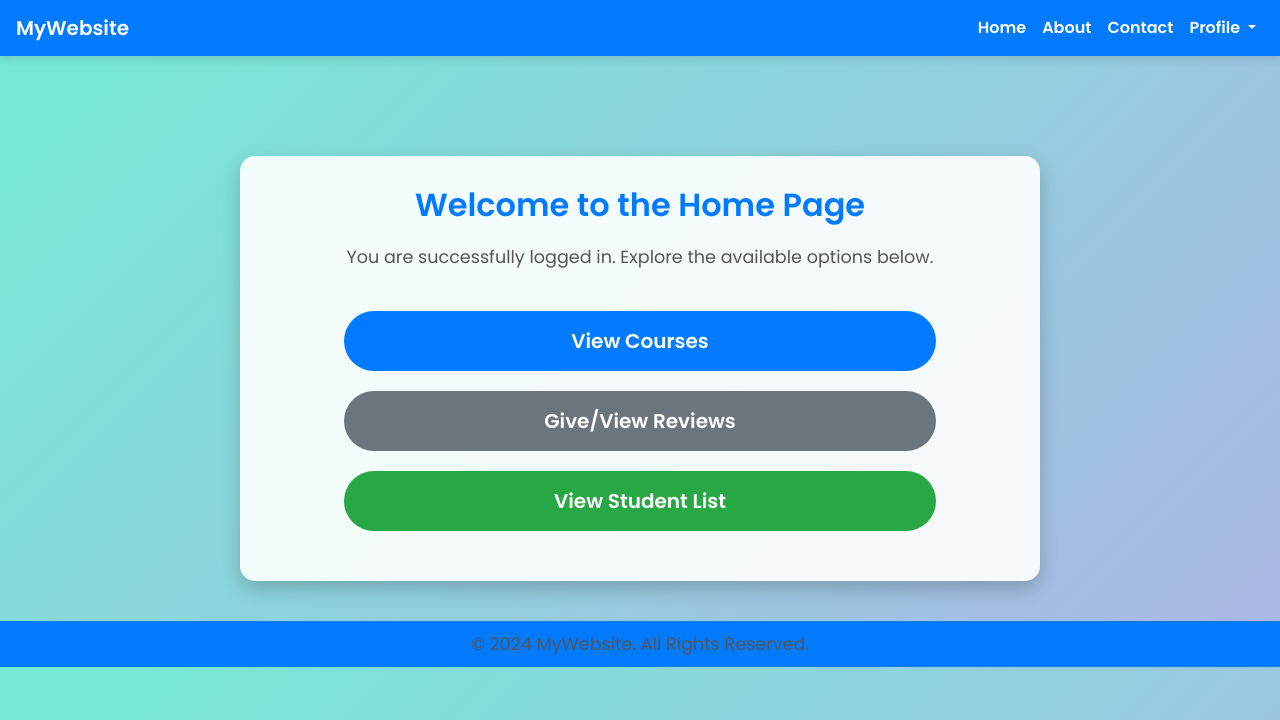
Repository: Jagadeesh5242/ERP
Page: http://localhost/home
An editor plug-in stored every save of this project. The page is shown before and after the next save, followed by the edit.
The browser window is 1280 px wide. The pictures show the whole page.
Some web libraries are served in a nearby version. The page is this project's Thymeleaf template; nobody is signed in. The template is opened directly, without the code that normally fills it, so the values that code supplies are empty.

Above is the page before, as saved 2024-09-25 05:42:01.

### Student-Database-Management-System-using-JAVA-Spring-Boot-master/src/main/resources/templates/home.html
<!DOCTYPE html>
<html lang="en" xmlns:th="http://www.thymeleaf.org">

<head>
    <meta charset="UTF-8">
    <meta name="viewport" content="width=device-width, initial-scale=1.0">
    <title>Home</title>
    <link rel="stylesheet" href="https://stackpath.bootstrapcdn.com/bootstrap/4.2.1/css/bootstrap.min.css"
        integrity="sha384-GJzZqFGwb1QTTN6wy59ffF1BuGJpLSa9DkKMp0DgiMDm4iYMj70gZWKYbI706tWS" crossorigin="anonymous">

    <!-- Google Fonts -->
    <link href="https://fonts.googleapis.com/css2?family=Poppins:wght@400;600&display=swap" rel="stylesheet">

    <style>
        body {
            background: linear-gradient(135deg, #74ebd5, #ACB6E5);
            font-family: 'Poppins', sans-serif;
            color: #333;
        }

        .navbar {
            background-color: #007bff;
            box-shadow: 0 4px 8px rgba(0, 0, 0, 0.1);
        }

        .navbar-brand,
        .nav-link {
            color: #fff !important;
            font-weight: 600;
        }

        .navbar-brand:hover,
        .nav-link:hover {
            color: #f1f1f1 !important;
        }

        .container {
            margin-top: 100px;
            max-width: 800px;
            background-color: rgba(255, 255, 255, 0.9);
            border-radius: 15px;
            padding: 30px;
            box-shadow: 0 8px 20px rgba(0, 0, 0, 0.2);
            text-align: center;
            transition: transform 0.3s;
        }

        .container:hover {
            transform: scale(1.02);
        }

        h2 {
            color: #007bff;
            margin-bottom: 20px;
            font-weight: 600;
        }

        p {
            margin-bottom: 40px;
            font-size: 1.1rem;
            color: #555;
        }

        .btn-custom {
            display: block;
            width: 80%;
            margin: 20px auto;
            padding: 15px;
            font-size: 20px;
            border-radius: 50px;
            font-weight: 600;
            transition: background 0.3s ease, transform 0.3s ease;
        }

        .btn-custom:hover {
            transform: translateY(-2px);
        }

        .btn-primary {
            background-color: #007bff;
            border: none;
        }

        .btn-secondary {
            background-color: #6c757d;
            border: none;
        }

        .btn-success {
            background-color: #28a745;
            border: none;
        }

        .footer {
            margin-top: 40px;
            background-color: #007bff;
            color: #fff;
            padding: 10px 0;
        }

        .footer p {
            margin: 0;
        }

        .dropdown-menu {
            background-color: #f8f9fa;
            border-radius: 5px;
            box-shadow: 0 4px 8px rgba(0, 0, 0, 0.1);
        }

        .dropdown-item {
            color: #007bff;
            font-weight: 500;
        }

        .dropdown-item:hover {
            background-color: #e9ecef;
            color: #0056b3;
        }
    </style>
</head>

<body>

    <!-- Navbar -->
    <nav class="navbar navbar-expand-lg navbar-dark">
        <a class="navbar-brand" href="#">MyWebsite</a>
        <button class="navbar-toggler" type="button" data-toggle="collapse" data-target="#navbarNav"
            aria-controls="navbarNav" aria-expanded="false" aria-label="Toggle navigation">
            <span class="navbar-toggler-icon"></span>
        </button>
        <div class="collapse navbar-collapse justify-content-end" id="navbarNav">
            <ul class="navbar-nav">
                <li class="nav-item active">
                    <a class="nav-link" href="#">Home</a>
                </li>
                <li class="nav-item">
                    <a class="nav-link" href="#">About</a>
                </li>
                <li class="nav-item">
                    <a class="nav-link" href="#">Contact</a>
                </li>

                <!-- Profile Dropdown -->
                <li class="nav-item dropdown">
                    <a class="nav-link dropdown-toggle" href="#" id="profileDropdown" role="button"
                        data-toggle="dropdown" aria-haspopup="true" aria-expanded="false">
                        Profile
                    </a>
                    <div class="dropdown-menu dropdown-menu-right" aria-labelledby="profileDropdown">
                        <a class="dropdown-item" th:href="@{/profile}">View Profile</a>
                        <div class="dropdown-divider"></div>
                        <a class="dropdown-item" th:href="@{/}">Logout</a>
                    </div>
                </li>
            </ul>
        </div>
    </nav>

    <!-- Main Content -->
    <div class="container">
        <h2>Welcome to the Home Page</h2>
        <p>You are successfully logged in. Explore the available options below.</p>

        <a th:href="@{/courses}" class="btn btn-primary btn-custom">View Courses</a>
        <a th:href="@{/reviews}" class="btn btn-secondary btn-custom">Give/View Reviews</a>
        <a th:href="@{/students}" class="btn btn-success btn-custom">View Student List</a>
    </div>

    <!-- Footer -->
    <footer class="footer text-center">
        <p>&copy; 2024 MyWebsite. All Rights Reserved.</p>
    </footer>

    <!-- Optional JavaScript -->
    <!-- jQuery first, then Popper.js, then Bootstrap JS -->
    <script src="https://code.jquery.com/jquery-3.3.1.min.js"></script>
    <script src="https://cdnjs.cloudflare.com/ajax/libs/popper.js/1.14.6/umd/popper.min.js"></script>
    <script src="https://stackpath.bootstrapcdn.com/bootstrap/4.2.1/js/bootstrap.min.js"></script>
</body>

</html>

After the next save:
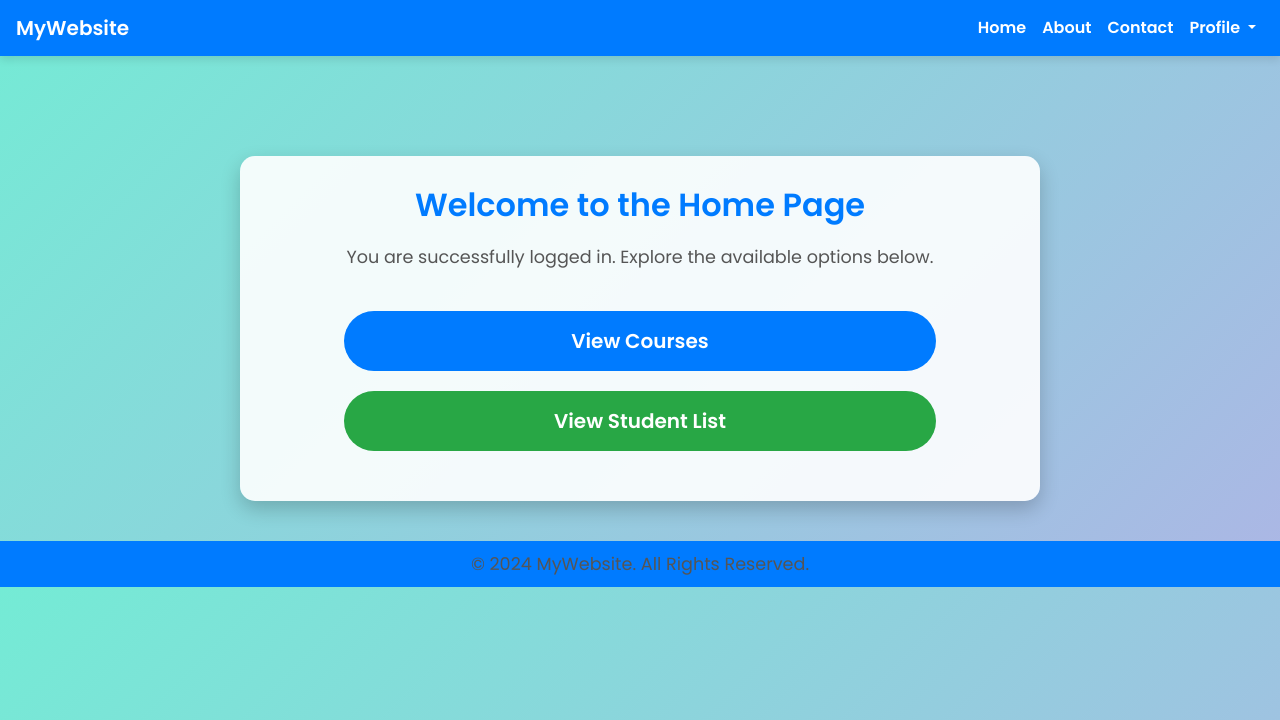
Saved 80 s later.
--- a/Student-Database-Management-System-using-JAVA-Spring-Boot-master/src/main/resources/templates/home.html
+++ b/Student-Database-Management-System-using-JAVA-Spring-Boot-master/src/main/resources/templates/home.html
@@ -163,7 +163,6 @@
         <p>You are successfully logged in. Explore the available options below.</p>
 
         <a th:href="@{/courses}" class="btn btn-primary btn-custom">View Courses</a>
-        <a th:href="@{/reviews}" class="btn btn-secondary btn-custom">Give/View Reviews</a>
         <a th:href="@{/students}" class="btn btn-success btn-custom">View Student List</a>
     </div>
 
